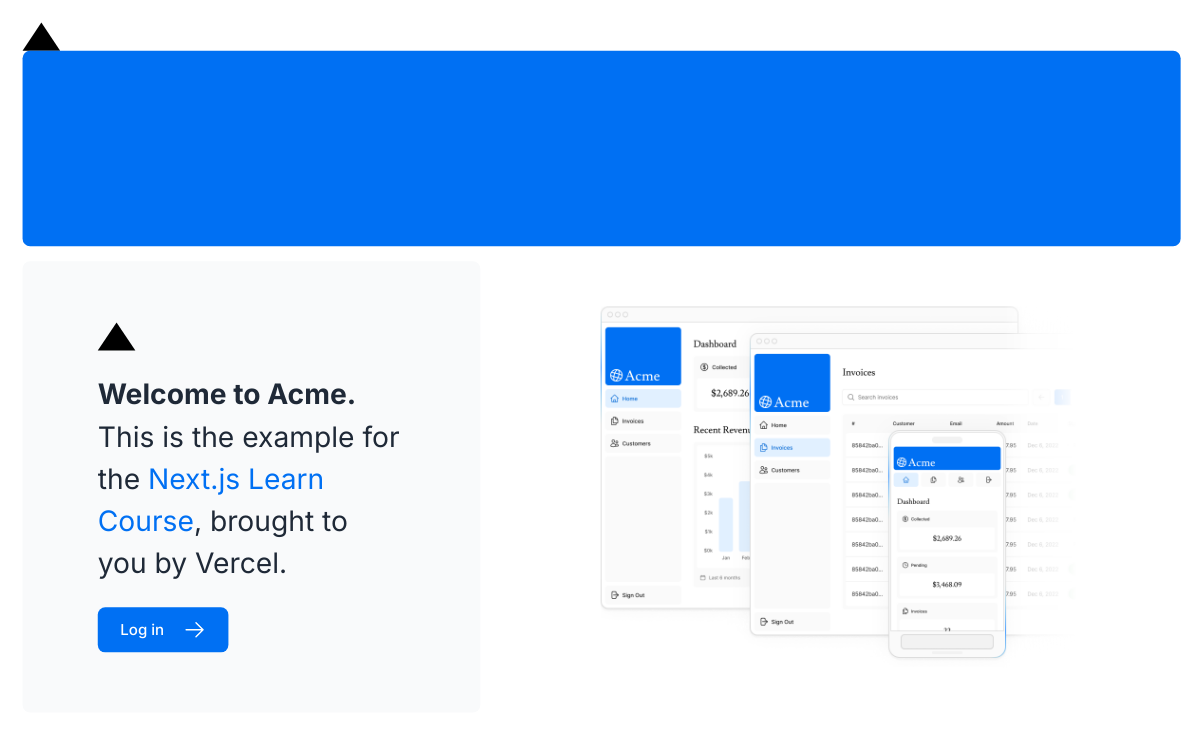
Repository: ShifanaFacts/NextjsTest1
Page: /
The author's editor kept a copy of each file at every save. The page is drawn from the files as they stood at one save, then again after the next save.
The browser window is 1280 px wide. The pictures show the whole page, at 94% of full size.
Some web fonts or font styles are not loaded; a fallback is used. The project was rebuilt for these pictures with package versions that can differ from the ones it lists, and the page was loaded fresh each time. The framework's server and built-in components were replaced by stand-ins that run in the browser. Also part of the build but not shown: next.config.js.

Above is the page before, as saved 2023-11-07 16:59:43.

After the next save:
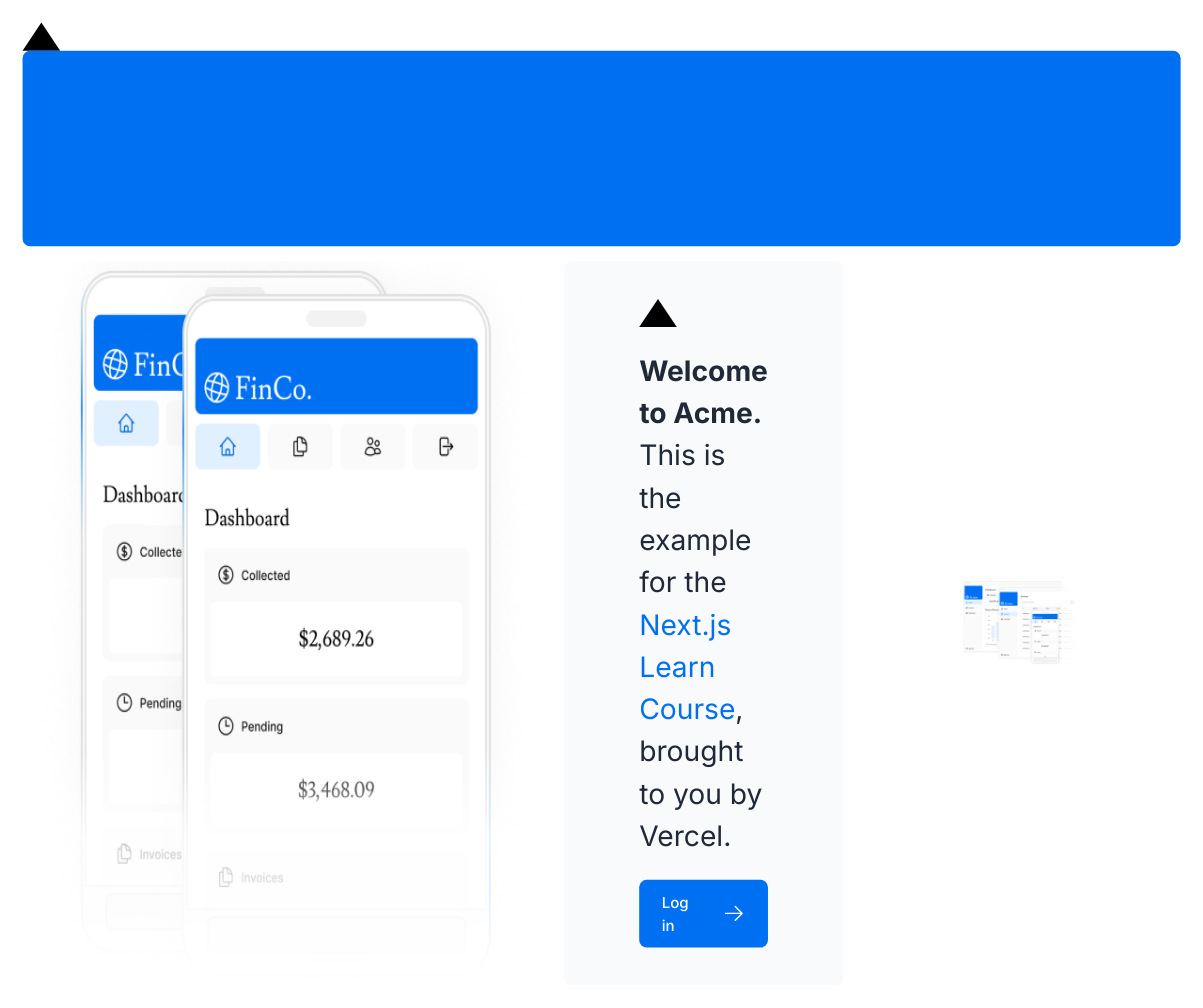
Saved 34 s later.
--- a/app/page.tsx
+++ b/app/page.tsx
@@ -19,7 +19,7 @@
         src='/hero-mobile.png'
         width={560}
         height={620}
-        className='block md:hidden'
+        className='block xs:hidden'
         alt='mobile-image'
         />
         <div className="flex flex-col justify-center gap-6 rounded-lg bg-gray-50 px-6 py-10 md:w-2/5 md:px-20">

After the save that followed:
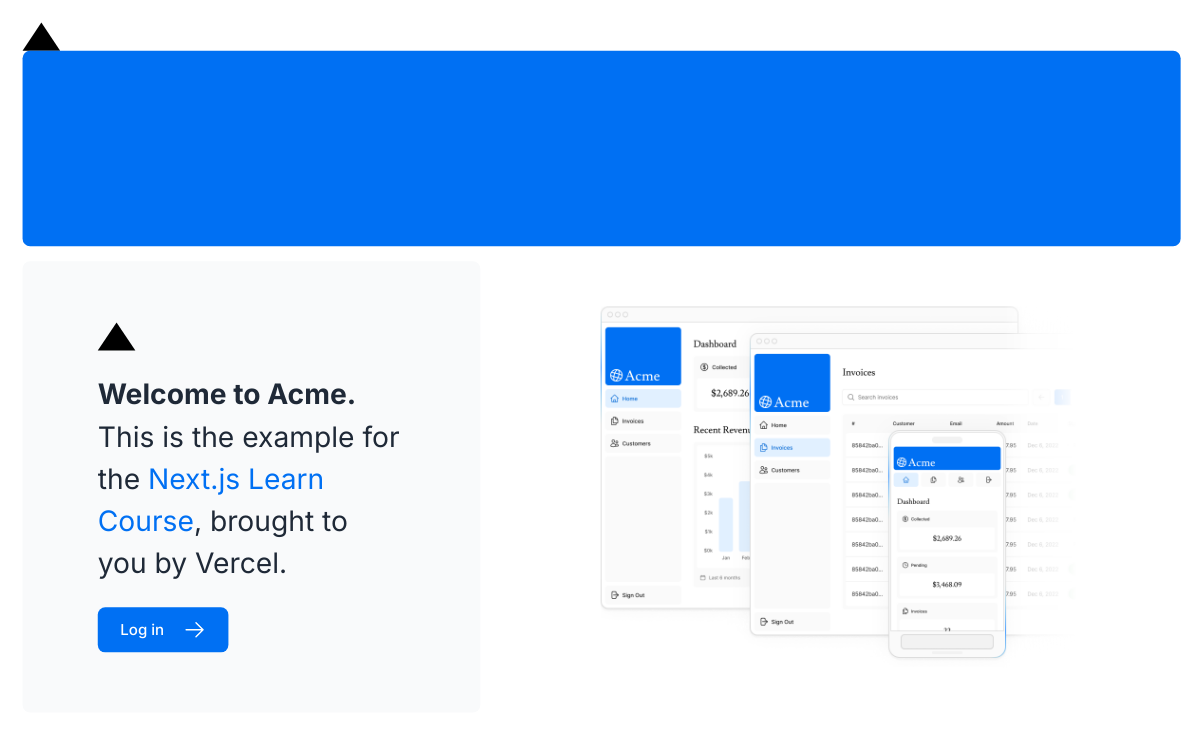
Saved 16 s later.
--- a/app/page.tsx
+++ b/app/page.tsx
@@ -19,7 +19,7 @@
         src='/hero-mobile.png'
         width={560}
         height={620}
-        className='block xs:hidden'
+        className='block md:hidden'
         alt='mobile-image'
         />
         <div className="flex flex-col justify-center gap-6 rounded-lg bg-gray-50 px-6 py-10 md:w-2/5 md:px-20">
